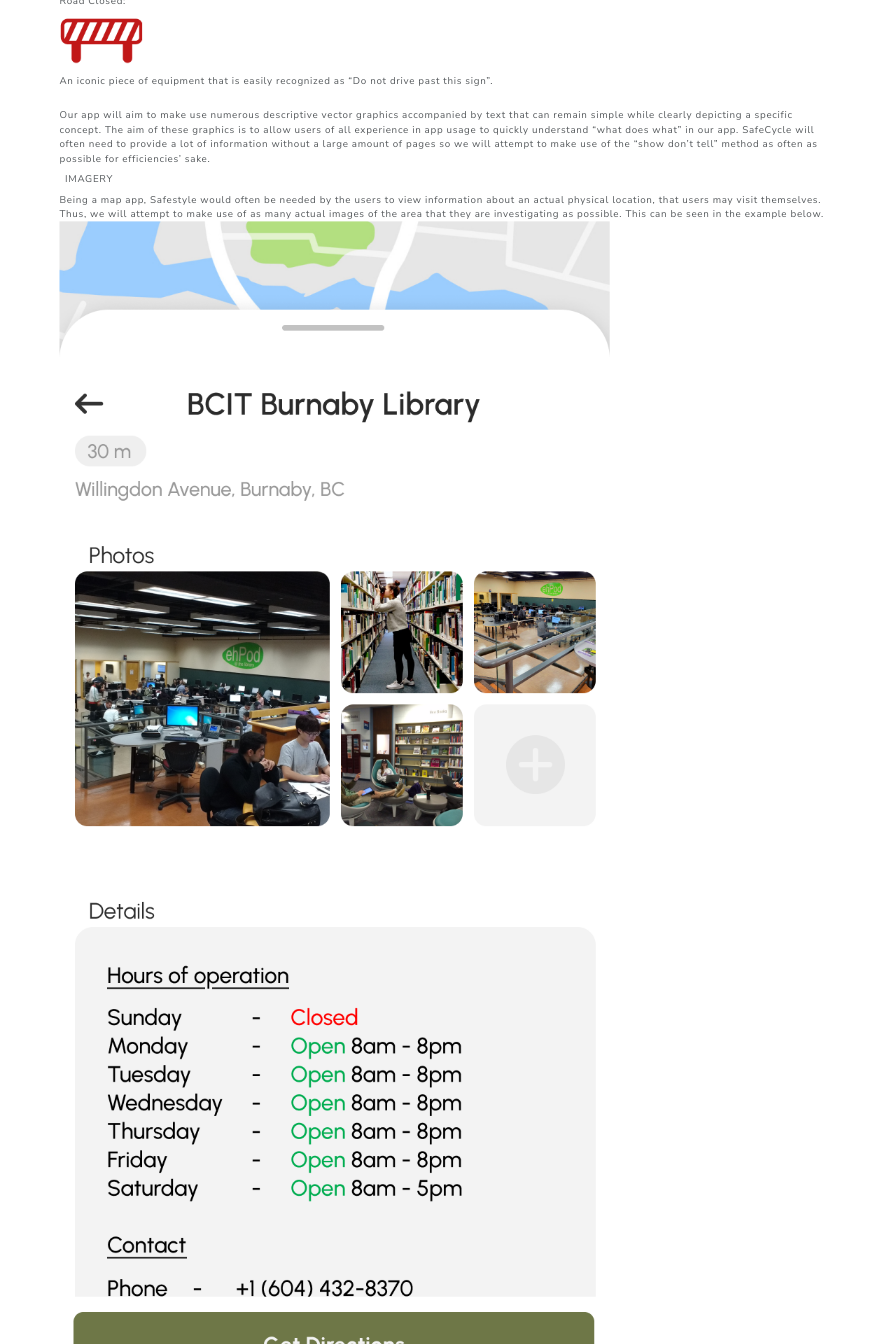
Repository: Aladdin3r/safecycle-styleguide
Page: /
These files come from the project's save history. The page is drawn as it stood at one moment and after the next save; the edit follows.
The browser window is 1280 px wide. The pictures show the part of the page from y = 3376 to 5296 px (the page is 5525 px tall before and 5546 px after), at 70% of full size.
The project was rebuilt for these pictures with package versions that can differ from the ones it lists, and the page was loaded fresh each time. The framework's server and built-in components were replaced by stand-ins that run in the browser. Also part of the build but not shown: next.config.mjs.

Above is the page before, as saved 2024-04-09 22:26:21.

After the next save:
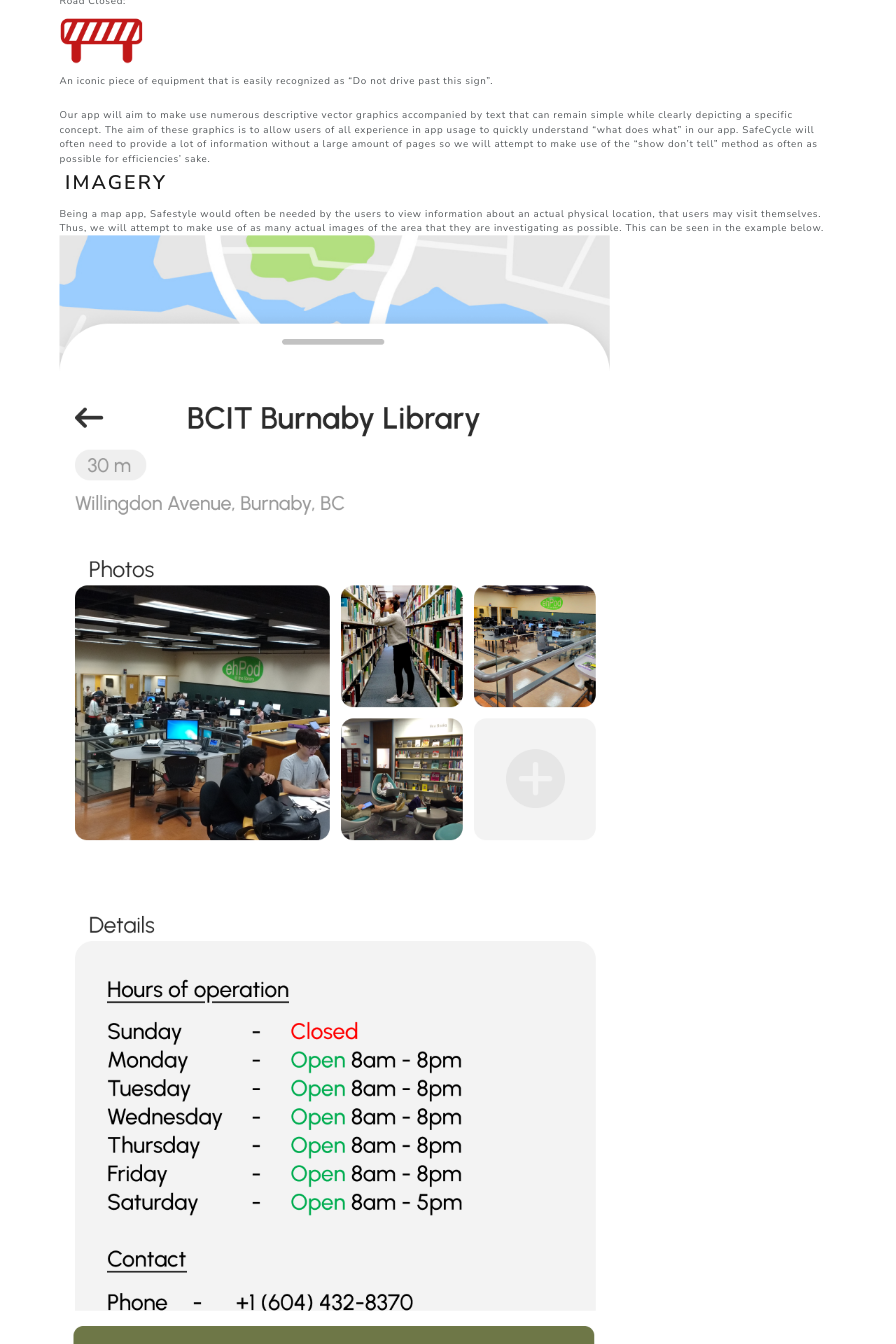
Saved 14 s later.
--- a/pages/index.js
+++ b/pages/index.js
@@ -189,7 +189,7 @@
         <img className={styles.RoadClosed} src="/RoadClosed.png" alt="Raod Closed"></img>
         <div className={styles.graphicDesc}>An iconic piece of equipment that is easily recognized as “Do not drive past this sign”.</div>
         <div className={styles.graphicExpl}>Our app will aim to make use numerous descriptive vector graphics accompanied by text that can remain simple while clearly depicting a specific concept. The aim of these graphics is to allow users of all experience in app usage to quickly understand “what does what” in our app. SafeCycle will often need to provide a lot of information without a large amount of pages so we will attempt to make use of the “show don’t tell” method as often as possible for efficiencies’ sake.</div>
-        <div class="p-2">IMAGERY</div>
+        <h2 class="p-2">IMAGERY</h2>
         <div>Being a map app, Safestyle would often be needed by the users to view information about an actual physical location, that users may visit themselves. Thus, we will attempt to make use of as many actual images of the area that they are investigating as possible. This can be seen in the example below.</div>
         <img class="locationPage" src="/locationPage.png" alt="Location Page"></img>
 
